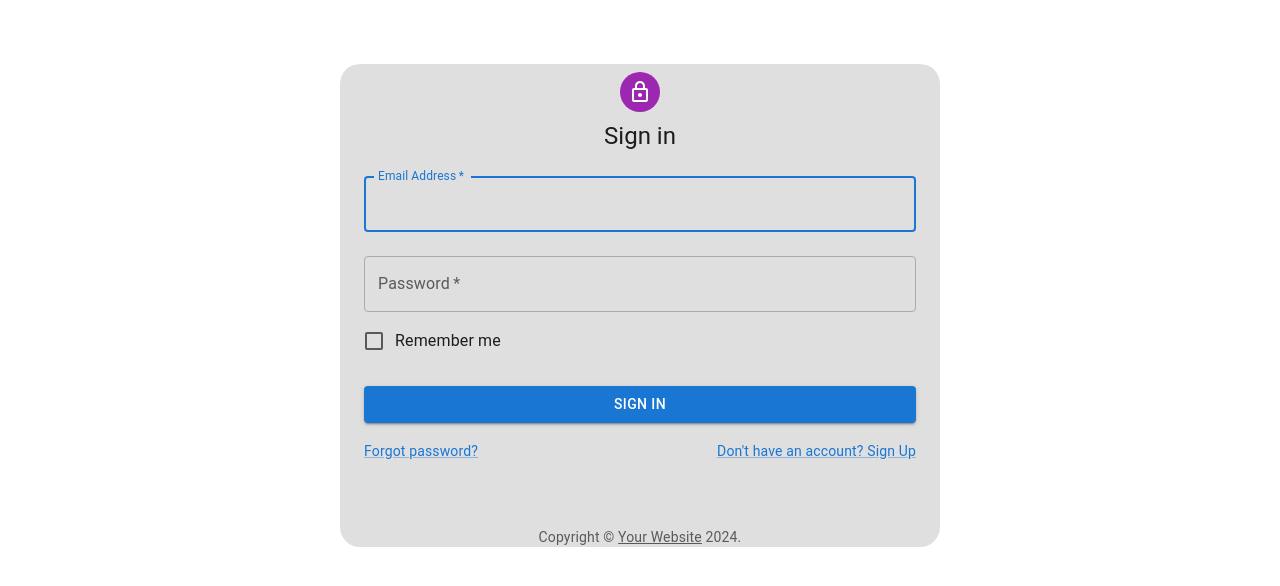
Repository: Milith97/Book-Borrowing-System
Page: /
The author's editor kept a copy of each file at every save. The page is drawn from the files as they stood at one save, then again after the next save.
The browser window is 1280 px wide. The pictures show the whole page.
The project was rebuilt for these pictures with package versions that can differ from the ones it lists, and the page was loaded fresh each time. Also part of the build but not shown: vite.config.js, src/Componnts/SignUp.jsx, src/index.css.

Above is the page before, as saved 2024-03-25 13:35:48.

### src/App.jsx
import React from 'react';
import { BrowserRouter as Router, Route, Routes, Navigate } from 'react-router-dom';
import SignIn from './Componnts/SignIn';
import SignUp from './Componnts/SignUp';

function App() {
  return (
    <Router>
      <Routes>
        <Route path="/" element={<Navigate replace to="/signin" />} />
        <Route path="/signin" element={<SignIn />} />
        <Route path="/signup" element={<SignUp />} />
        {/* Redirects any other path to /signin */}
        <Route path="*" element={<Navigate replace to="/signin" />} />
      </Routes>
    </Router>
  );
}

export default App;

### src/Componnts/SignIn.jsx
import * as React from 'react';
import Avatar from '@mui/material/Avatar';
import Button from '@mui/material/Button';
import CssBaseline from '@mui/material/CssBaseline';
import TextField from '@mui/material/TextField';
import FormControlLabel from '@mui/material/FormControlLabel';
import Checkbox from '@mui/material/Checkbox';
import Link from '@mui/material/Link';
import Grid from '@mui/material/Grid';
import Box from '@mui/material/Box';
import LockOutlinedIcon from '@mui/icons-material/LockOutlined';
import Typography from '@mui/material/Typography';
import Container from '@mui/material/Container';
import { Link as RouterLink } from 'react-router-dom';
import { createTheme, ThemeProvider } from '@mui/material/styles';

function Copyright(props) {
  return (
    <Typography variant="body2" color="text.secondary" align="center" {...props}>
      {'Copyright © '}
      <Link color="inherit" href="https://mui.com/">
        Your Website
      </Link>{' '}
      {new Date().getFullYear()}
      {'.'}
    </Typography>
  );
}

// TODO remove, this demo shouldn't need to reset the theme.

const defaultTheme = createTheme();

export default function SignIn() {
  const handleSubmit = (event) => {
    event.preventDefault();
    const data = new FormData(event.currentTarget);
    console.log({
      email: data.get('email'),
      password: data.get('password'),
    });
  };

  return (
    <ThemeProvider theme={defaultTheme}>
      <Container component="main" maxWidth="sm" sx={{ backgroundColor: '#dfdfdf',borderRadius:5}}>
        <CssBaseline />
        <Box
          sx={{
            marginTop: 8,
            display: 'flex',
            flexDirection: 'column',
            alignItems: 'center',

          }}
        >
          <Avatar sx={{ m: 1, bgcolor: 'secondary.main' }}>
            <LockOutlinedIcon />
          </Avatar>
          <Typography component="h1" variant="h5">
            Sign in
          </Typography>
          <Box component="form" onSubmit={handleSubmit} noValidate sx={{ mt: 1 }}>
            <TextField
              margin="normal"
              required
              fullWidth
              id="email"
              label="Email Address"
              name="email"
              autoComplete="email"
              autoFocus
            />
            <TextField
              margin="normal"
              required
              fullWidth
              name="password"
              label="Password"
              type="password"
              id="password"
              autoComplete="current-password"
            />
            <FormControlLabel
              control={<Checkbox value="remember" color="primary" />}
              label="Remember me"
            />
            <Button
              type="submit"
              fullWidth
              variant="contained"
              sx={{ mt: 3, mb: 2 }}
            >
              Sign In
            </Button>
            <Grid container>
              <Grid item xs>
                <Link href="#" variant="body2">
                  Forgot password?
                </Link>
              </Grid>
              <Grid item>
                <Link component={RouterLink} to="/signup" variant="body2">
                  {"Don't have an account? Sign Up"}
                </Link>
              </Grid>
            </Grid>
          </Box>
        </Box>
        <Copyright sx={{ mt: 8, mb: 4 }} />
      </Container>
    </ThemeProvider>
  );
}

Loaded but not shown: index.html (common file); src/main.jsx (common file)

After the next save:
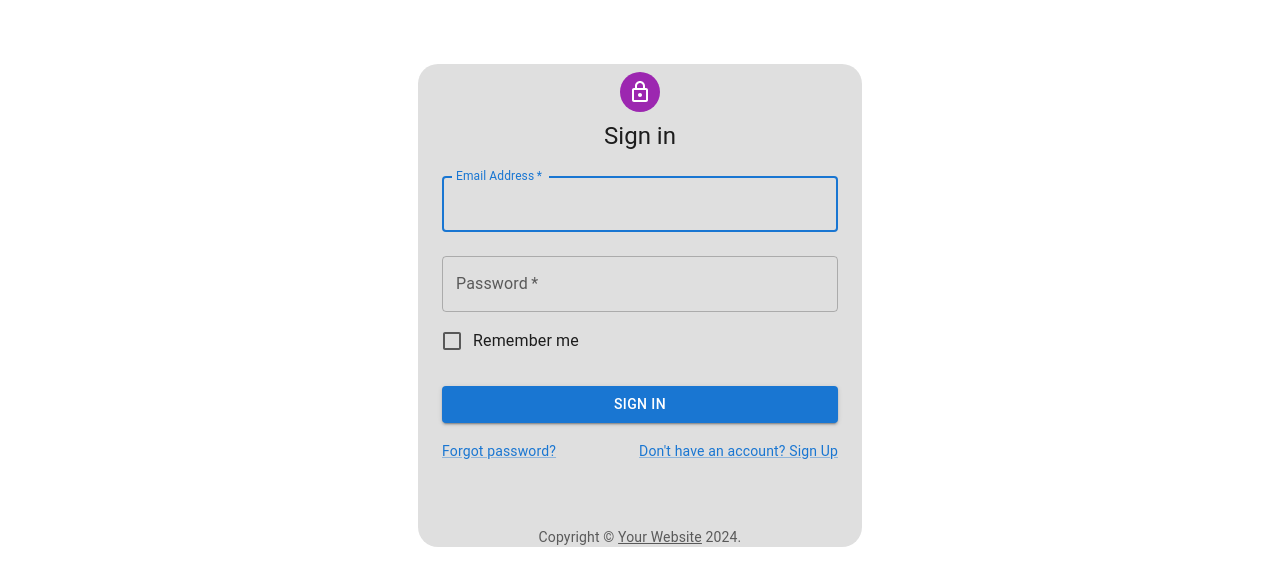
Saved 11 s later.
--- a/src/Componnts/SignIn.jsx
+++ b/src/Componnts/SignIn.jsx
@@ -43,7 +43,7 @@ export default function SignIn() {
 
   return (
     <ThemeProvider theme={defaultTheme}>
-      <Container component="main" maxWidth="sm" sx={{ backgroundColor: '#dfdfdf',borderRadius:5}}>
+      <Container component="main" maxWidth="xs" sx={{ backgroundColor: '#dfdfdf',borderRadius:5}}>
         <CssBaseline />
         <Box
           sx={{
